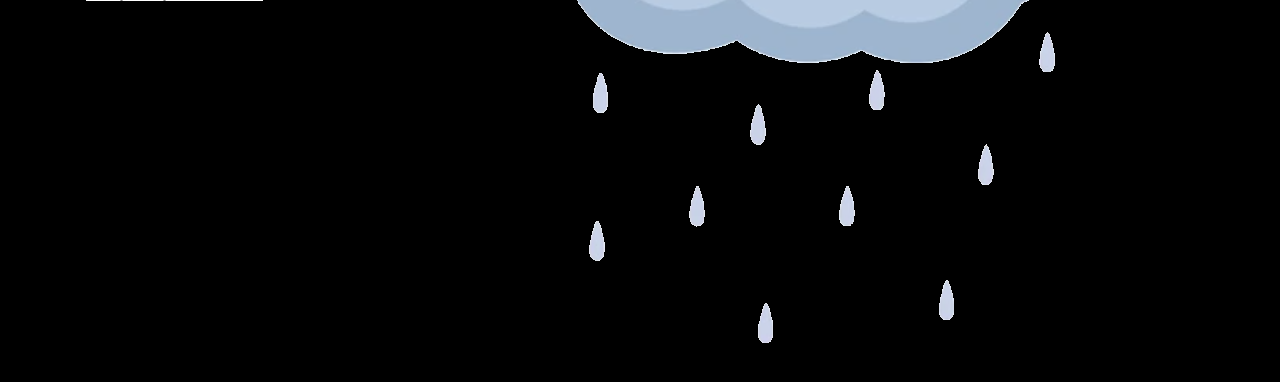
Repository: Pr1s0n3r627/weather
Page: index.html
The author's editor kept a copy of each file at every save. The page is drawn from the files as they stood at one save, then again after the next save.
The browser window is 1280 px wide. The pictures show the whole page.
Some web libraries are served in a nearby version.

Above is the page before, as saved 2024-05-18 17:31:45.
Not found: index.js

After the next save:
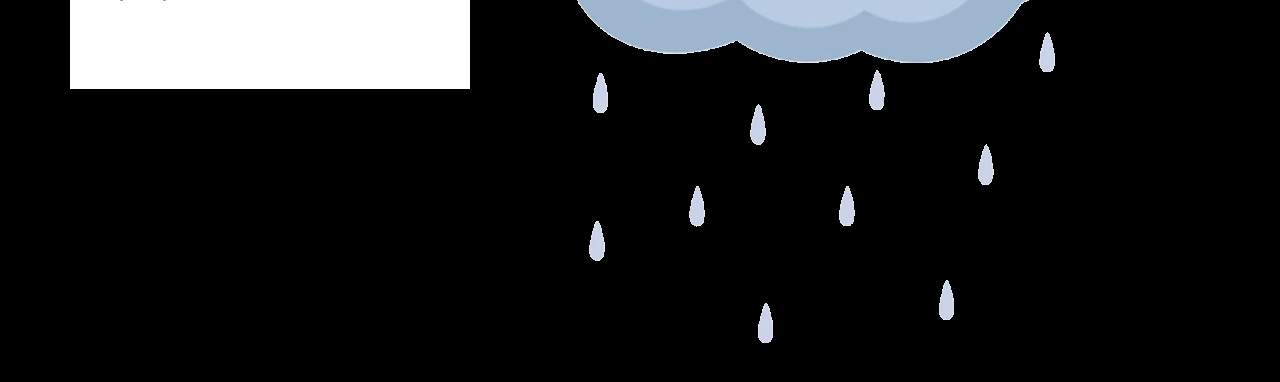
Saved 22 s later.
--- a/style.css
+++ b/style.css
@@ -18,4 +18,5 @@ body{
     position: relative;
     width: 400px;
     height: 105px;
+    background: #fff;
 }
